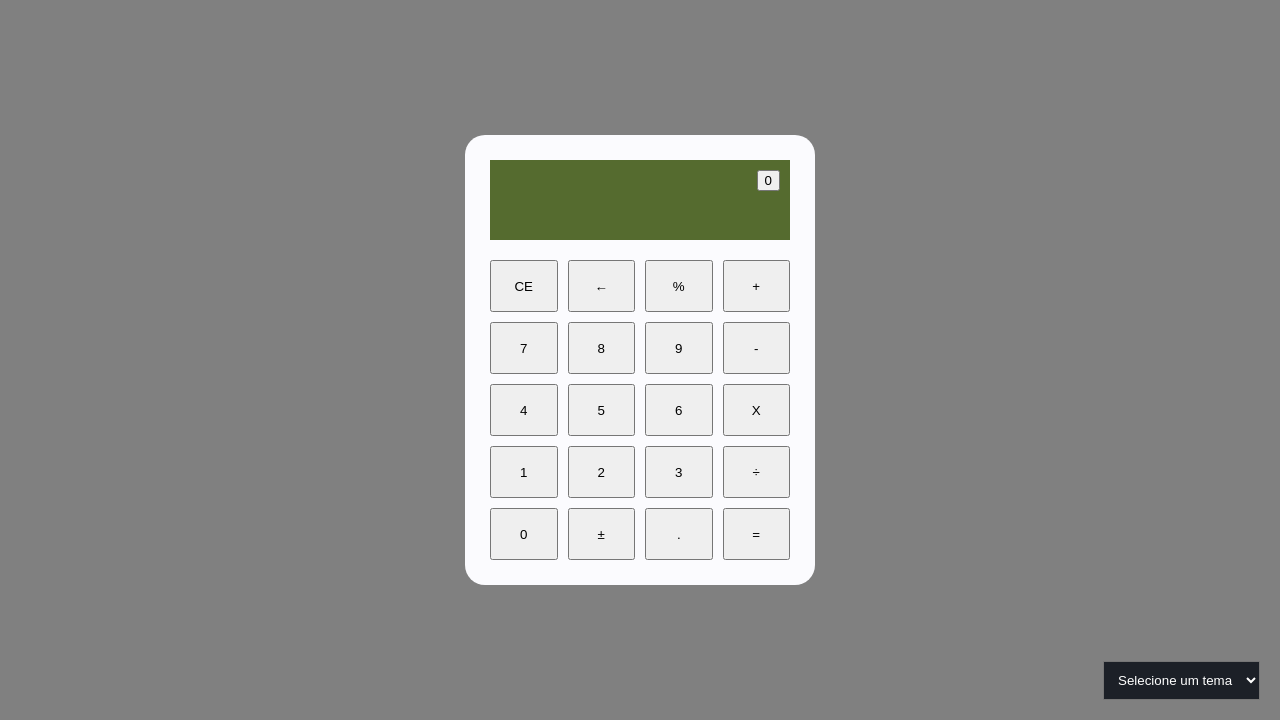
Repository: thislucasme/changing-theme-color-html-css-js
Page: index.html
The author's editor kept a copy of each file at every save. The page is drawn from the files as they stood at one save, then again after the next save.
The browser window is 1280 px wide. The pictures show the whole page.

Above is the page before, as saved 2022-06-29 16:09:51.

### index.html
<!DOCTYPE html>
<html lang="pt_BR">

<head>
    <meta charset="UTF-8">
    <meta http-equiv="X-UA-Compatible" content="IE=edge">
    <meta name="viewport" content="width=device-width, initial-scale=1.0">
    <title>Atividade 22 - Calculadora Javascript</title>
    <link href="css/estilo.css" rel="stylesheet"/>
</head>

<body>
    <div class="calculadora">
        <div class="painel">
            <div class="operacao"></div>
            <div class="resultado"></div>
            <button id="resultado" name="resultado">0</button>
        </div>

        <div class="botoes">
            <button class="botao" id="apagar" onclick="limpar(0)">CE</button>
            <button class="botao" id="apagar" onclick="apagarUltimo()">&#8592;</button>
            <button class="botao" id="porcentagem" onclick="porcentagem()">%</button>
            <button class="botao" id="soma" onclick="verificarSinal('+')">+</button>
            <button class="botao" id="sete" onclick="pegarNumero(7)">7</button>
            <button class="botao" id="oito" onclick="pegarNumero(8)">8</button>
            <button class="botao" id="nove" onclick="pegarNumero(9)">9</button>
            <button class="botao" id="subtrair" onclick="verificarSinal('-')">-</button>
            <button class="botao" id="quatro" onclick="pegarNumero(4)">4</button>
            <button class="botao" id="cinco" onclick="pegarNumero(5)">5</button>
            <button class="botao" id="seis" onclick="pegarNumero(6)">6</button>
            <button class="botao" id="multiplicar" onclick="verificarSinal('x')">X</button>
            <button class="botao" id="um" onclick="pegarNumero(1)">1</button>
            <button class="botao" id="dois" onclick="pegarNumero(2)">2</button>
            <button class="botao" id="3" onclick="pegarNumero(3)">3</button>
            <button class="botao" id="dividir" onclick="verificarSinal('/')">&#247;</button>
            <button class="botao" id="0" onclick="pegarNumero(0)">0</button>
            <button class="botao" id="mais/menos" onclick="mudarSinal()">&#177;</button>
            <button class="botao" id="virgula" onclick="colocarPonto()">.</button>
            <button class="botao" id="igual" onclick="darResultado()">=</button>
        </div>
    </div>
    <select name="tema" id="tema" >
        <option value="t">Selecione um tema</option>
        <option value="tema-1">Tema 1</option>
        <option value="tema-2">Tema 2</option>
        <option value="tema-3">Tema 3</option>
        <option value="tema-4">Tema 4</option>
        <option value="tema-5">Tema 5</option>
    </select>
</body>

<script src="js/script.js" ></script>

</html>

### css/estilo.css
body {
    background-color: grey;
}

html {
    margin: 0;
    padding: 0;
    height: 100vh;
    display: flex;
    justify-content: center;
    align-items: center;
}

.theme-light {
    --color-primary: #0060df;
    --color-secondary: #fbfbfe;
    --color-accent: #fd6f53;
    --font-color: #000000;
    --display-color: #000000;
}

.theme-dark {
    --color-primary: #17ed90;
    --color-secondary: #243133;
    --color-accent: #12cdea;
    --font-color: #ffffff;
    --display-color: #000000;
}

.calculadora {
    width: 300px;
    height: 400px;
    background-color: var(--color-secondary);
    border-radius: 20px;
    padding: 25px;
    display: flex;
    flex-direction: column;

}




.painel {
    height: 80px;
    width: 100%;
    background-color: darkolivegreen;
    margin-bottom: 20px;
    font-family: 'LCDMono2 Bold', monospace;
    color: rgba(0, 0, 0, 0.6);
    text-shadow: 4px 4px 3px rgb(0 0 0 / 30%);
    padding: 10px;
    box-sizing: border-box;
    text-align: right;
}

.painel .operacao {
    font-size: 1.5rem;
}

.painel .resultado {
    font-size: 2.5rem;
}

.botoes {
    display: grid;
    grid-template-columns: repeat(4, 1fr);
    grid-template-rows: repeat(5, 1fr);
    gap: 10px;
    flex: 1;
}

.botoes a {
    background-color: #666;
    text-decoration: none;
    color: black;
    text-align: center;
    font-size: 1.5em;
    display: flex;
    justify-content: center;
    align-items: center;
}

.btn-igual {
    grid-row-start: 4;
    grid-row-end: 6;
    grid-column-start: 4;
}

.btn-c {
    grid-column-start: 1;
    grid-column-end: 3;
}

.btn-0 {
    grid-column-start: 1;
    grid-column-end: 3;
}

#tema {
    background-color: rgb(28, 32, 39);
    color: white;
    padding: 10px;
    position: fixed;
    bottom: 20px;
    right: 20px;
}

#tema>option:hover {
    box-shadow: 0 0 10px 100px #a86218 inset;

}

.tema-1 {
    background-color: grey;
}

.tema-1 .botoes a {
    background-color: aquamarine;
    box-shadow: #666;
}

.tema-2 {
    background-color: red;
}

.tema-3 {
    background-color: azul;
}

.tema-4 {
    background-color: aquamarine;
}

@font-face {
    font-family: 'LCDMono2 Bold';
    font-style: normal;
    font-weight: normal;
    src: local('LCDMono2 Bold'), url('../fonts/LCDM2B__.woff') format('woff');
}

### js/script.js
const nmrTela = document.getElementById("resultado")
var valoresEspaco = '';
var valores = []
window.addEventListener("keydown", teclado);



function pegarNumero(numero) {
    if (nmrTela.innerHTML == "0") {
        nmrTela.innerHTML = numero
    }
    else {
        nmrTela.innerHTML += `${numero}`
    }
}

function verificarSinal(sinal) {
    if (valores.length <= 1) {
        valoresEspaco = nmrTela.innerHTML.split(' ')
        valores.push(parseFloat(nmrTela.innerHTML))
        nmrTela.innerHTML += ` ${sinal} `
        valores.push(sinal)
    }
}

function porcentagem() {
    var caracteres = nmrTela.innerHTML.split(' ')
    console.log(caracteres.length, caracteres)
    if (caracteres.length == 3) {
        var valorPorCento = parseFloat(caracteres[2]) / 100
        var caracteresValor2 = caracteres[2].split('')
        if (caracteresValor2.length != 0) {
            if (caracteresValor2[caracteresValor2.length - 1] != "%") {
                nmrTela.innerHTML += '%'
            }
            valores.push(valorPorCento)
        }
    }
}

function colocarPonto() {
    var caracteresDaConta = []
    var caracteresValor1 = []
    var caracteresValor2 = []
    caracteresDaConta.push(nmrTela.innerHTML.trim().split(' '))//separa entre valor 1, operação e valor2
    caracteresValor1.push(caracteresDaConta[0][0].split(''))//separa cada caractere do valor 1

    if (caracteresDaConta[0].length == 3) {
        caracteresValor2.push(caracteresDaConta[0][2].split(''))//se exister 3 posições, separa cada caractere do valor 2
        verificarSeExistePonto(caracteresValor2)
    }

    verificarSeExistePonto(caracteresValor1)

    function verificarSeExistePonto(caracteresValor) {
        for (let i in caracteresValor[0]) {
            if (caracteresValor[0][i] == '.') {
                var acumuladora = '.'
            }
        }

        if (!(acumuladora == '.')) {
            nmrTela.innerHTML += '.'
        }
    }
}

function mudarSinal() {
    const caracteresDaConta = nmrTela.innerHTML.trim().split(' ')
    let caracteresValor1 = caracteresDaConta[0].split('')
    let valor1 = ''
    let valor2 = ''

    if (caracteresDaConta.length == 3) {
        var caracteresValor2 = caracteresDaConta[2].split('')

        if (caracteresValor2[0] == '-') {
            caracteresValor2.shift()
            imprimirValor(caracteresValor2, valor2, caracteresDaConta)
        }
        else {
            caracteresValor2.unshift('-')
            imprimirValor(caracteresValor2, valor2, caracteresDaConta);
        }
    }

    if (valores.length == 0) {
        if (caracteresValor1[0] == "-") {
            caracteresValor1.shift()
            imprimirValor(caracteresValor1, valor1)
        }
        else {
            caracteresValor1.unshift('-')
            imprimirValor(caracteresValor1, valor1)
        }
    }

    function imprimirValor(caracteresValor, valorNumero, caracteresConta) {
        caracteresValor.forEach(valor => {
            valorNumero += valor;
        })
        if (caracteresConta != undefined) {
            nmrTela.innerHTML = `${caracteresConta[0]} ${caracteresConta[1]} ${valorNumero}`
        }
        else {
            nmrTela.innerHTML = valorNumero
        }
    }
}

function darResultado() {
    var resultado = 0
    var operacao = valores[1]
    if (operacao == '-') {
        tratarResultado('-')
    }
    else if (operacao == '+') {
        tratarResultado('+')
    }
    else if (operacao == 'x') {
        tratarResultado('*')
    }
    else if (operacao == '/') {
        tratarResultado('/')
    }
    valores.splice(0, 3)

    function tratarResultado(operacao) {
        valoresEspaco = nmrTela.innerHTML.split(' ')
        valores.push(valoresEspaco[2])
        switch (operacao) {
            case '-':
                resultado = parseFloat(valores[0]) - parseFloat(valores[2])
                limpar(resultado)
                break;
            case '+':
                resultado = parseFloat(valores[0]) + parseFloat(valores[2])
                limpar(resultado)
                break;
            case '*':
                resultado = parseFloat(valores[0]) * parseFloat(valores[2])
                limpar(resultado)
                break;
            case '/':
                resultado = parseFloat(valores[0]) / parseFloat(valores[2])
                limpar(resultado)
                break;
        }
    }
}

function limpar(valor) {
    valores.splice(0, 3)
    nmrTela.innerHTML = valor
}

function apagarUltimo() {
    var caracteres = nmrTela.innerHTML.trim().split('')
    var arrayCaracteresTela = ""
    caracteres.pop()
    for (let i in caracteres) { arrayCaracteresTela += caracteres[i] }
    if ((arrayCaracteresTela == []) || (arrayCaracteresTela == '-')) {
        nmrTela.innerHTML = 0
    }
    else {
        nmrTela.innerHTML = arrayCaracteresTela
    }

    if (caracteres.length == 0) {
        valores.pop()
        valores.pop()
    }
}

function teclado() {
    const numbers = '0123456789'
    const operadores = '+-/x'
    var tecla = event.key
    if (numbers.includes(tecla)) {
        pegarNumero(tecla)
    }
    else if (operadores.includes(tecla)) {
        verificarSinal(tecla)
    }
    else switch (tecla) {
        case '*':
            verificarSinal('x')
            break;
        case '%':
            porcentagem()
            break;
        case '.':
        case ',':
            colocarPonto();
            break;
        case '=':
        case 'Enter':
            darResultado();
            break;
        case 'Backspace':
            apagarUltimo()
            break;
        case 'Escape':
            limpar(0);
            break;
    }
}

const options = document.getElementById("tema");

options.addEventListener("change", function () {
    if (options.value) {
        if (options.value === "tema-1") {
            console.log("tema 1")
        }
        if (options.value === "tema-2") {
            document.getElementsByClassName("calculadora-dois").classList.remove("calculadora-dois");
            document.getElementsByClassName("calculadora-dois").classList.add("calculadora");
        }
        if (options.value === "tema-3") {
            console.log("tema 3")
        }
        if (options.value === "tema-4") {
            console.log("tema 4")
        }
    }
});
function setTheme(themeName) {
    // localStorage.setItem('theme', themeName);
    document.documentElement.className = themeName;
}
setTheme('theme-light');

After the next save:
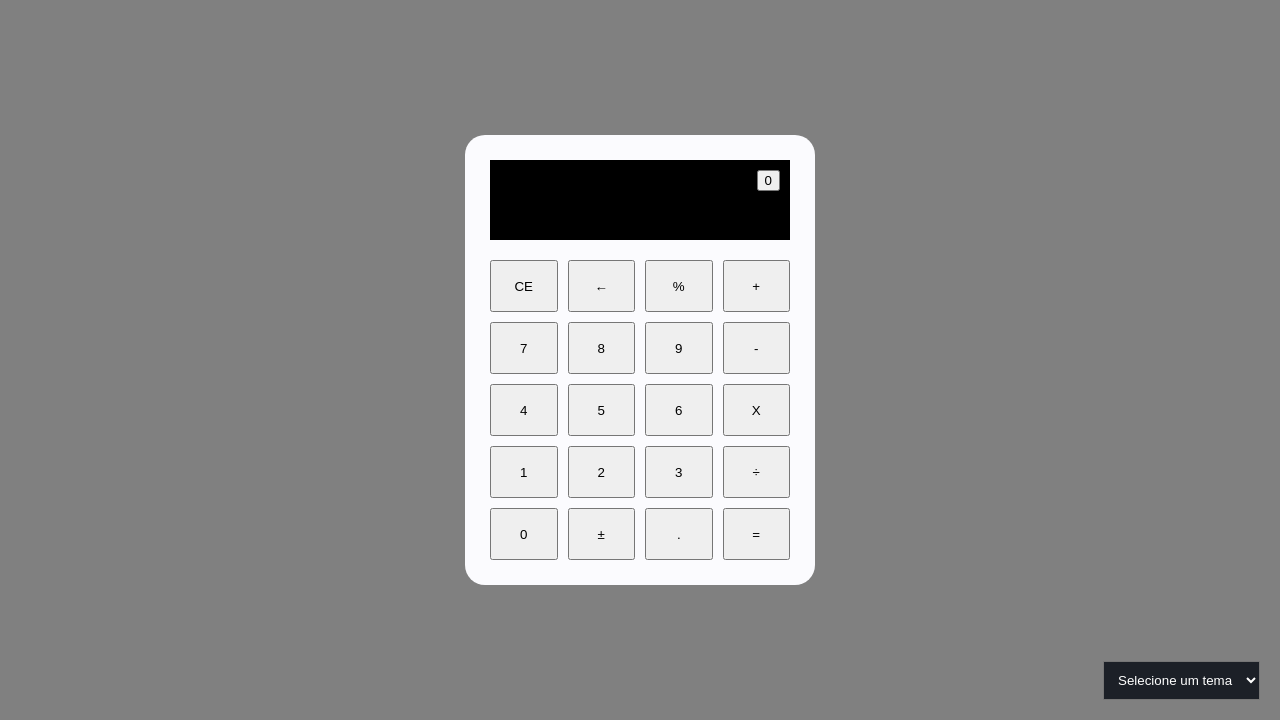
Saved 19 s later.
--- a/css/estilo.css
+++ b/css/estilo.css
@@ -44,7 +44,7 @@ html {
 .painel {
     height: 80px;
     width: 100%;
-    background-color: darkolivegreen;
+    background-color: var(--display-color);
     margin-bottom: 20px;
     font-family: 'LCDMono2 Bold', monospace;
     color: rgba(0, 0, 0, 0.6);
